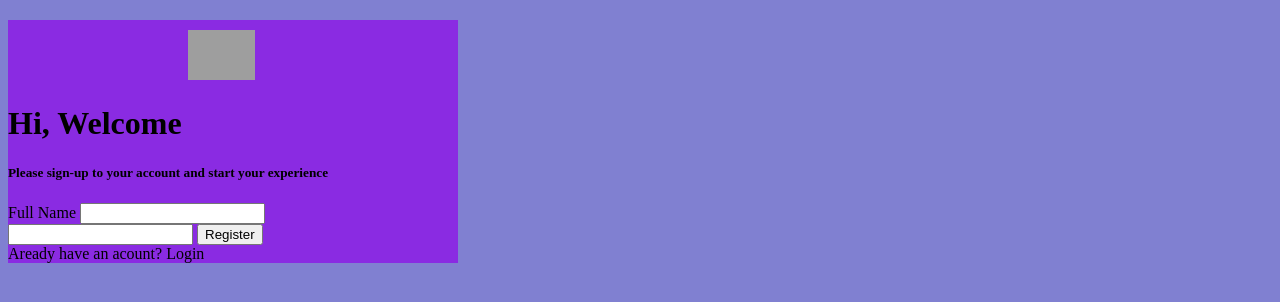
Repository: KingBoyMaylow/movie-task
Page: index.html
An editor plug-in stored every save of this project. The page is shown before and after a run of saves, followed by the edit.
The browser window is 1280 px wide. The pictures show the whole page.
Pictures or frames that could not be fetched are drawn as grey boxes.

Above is the page before, as saved 2024-05-20 08:28:46.

After the next 2 saves:
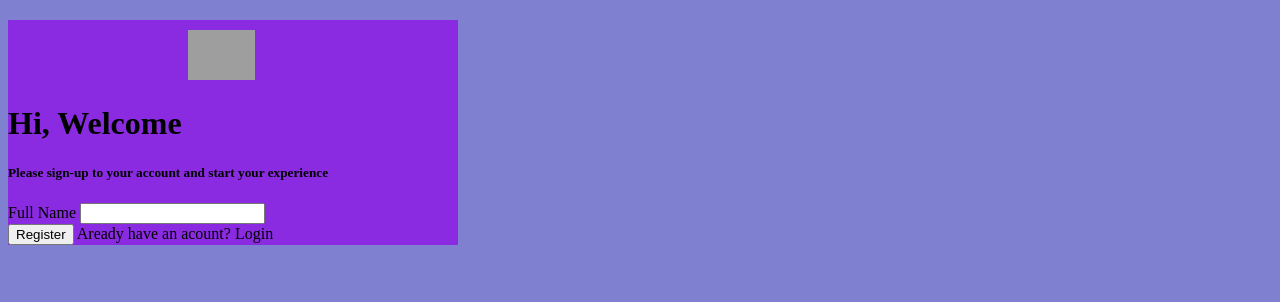
The 2 saves are shown as one change because they came seconds apart.
The last was saved 11 s later.
--- a/index.html
+++ b/index.html
@@ -14,7 +14,7 @@
     <label for="Full Name">Full Name</label>
     <input type="text" id="Full Name" name="Full Name" required><br>
 
-
+    <l
     <input type="email" name="email"id="email">
 
 
